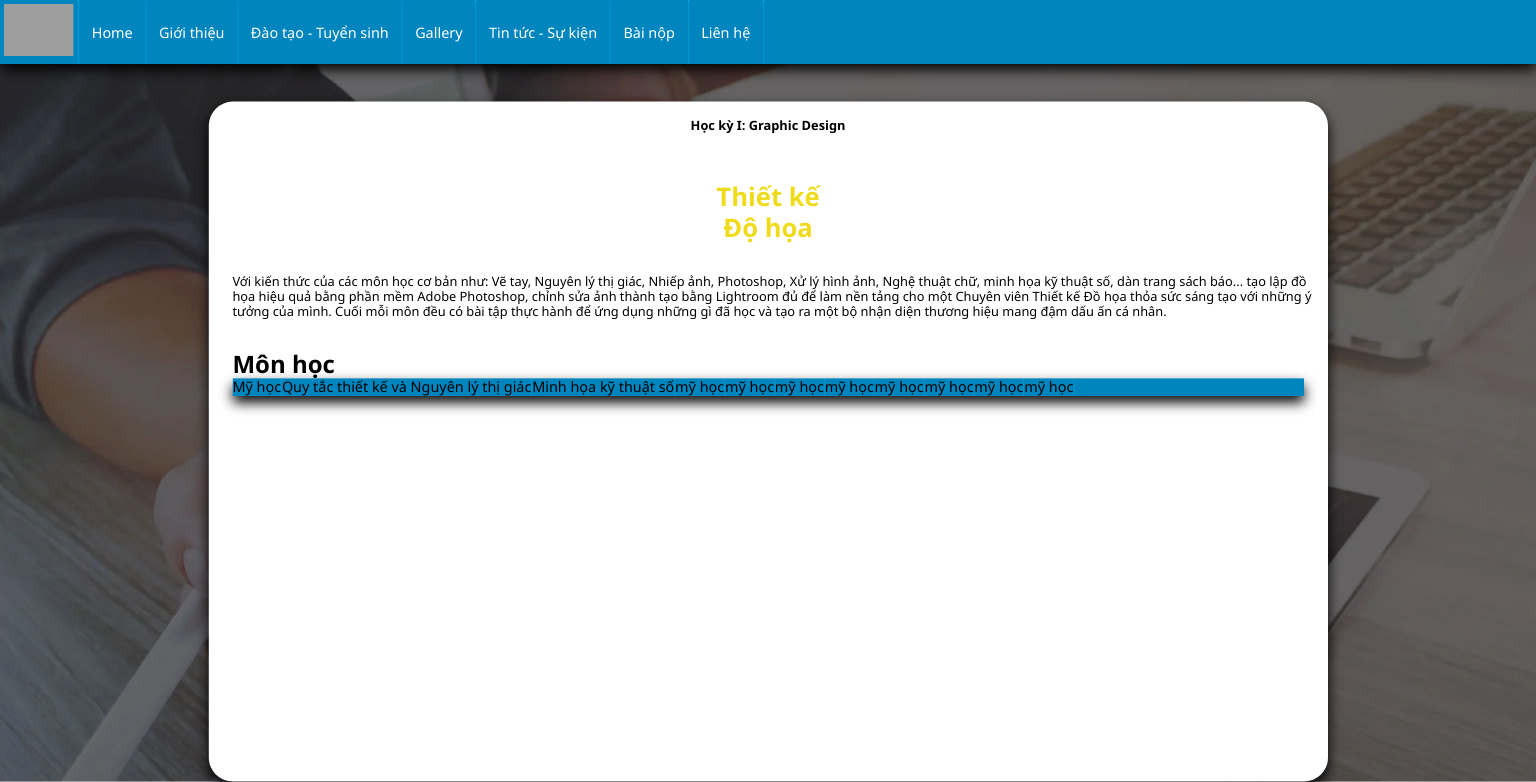
Repository: arena-dttan/dcw-final-exam-d2107m1
Page: final-list/DCW_Final_5_Nguyen-Thi-Thu-Huong_D2107M1/chuong-trinh-dao-tao.html
The author's editor kept a copy of each file at every save. The page is drawn from the files as they stood at one save, then again after a run of saves.
The browser window is 1280 px wide. The page is 1920 px wide, so the pictures cover 1920 px, including what lies to the right of the window. The pictures show the whole page, at 80% of full size.
Pictures or frames that could not be fetched are drawn as grey boxes.

Above is the page before, as saved 2022-06-26 20:04:01.

After the next 2 saves:
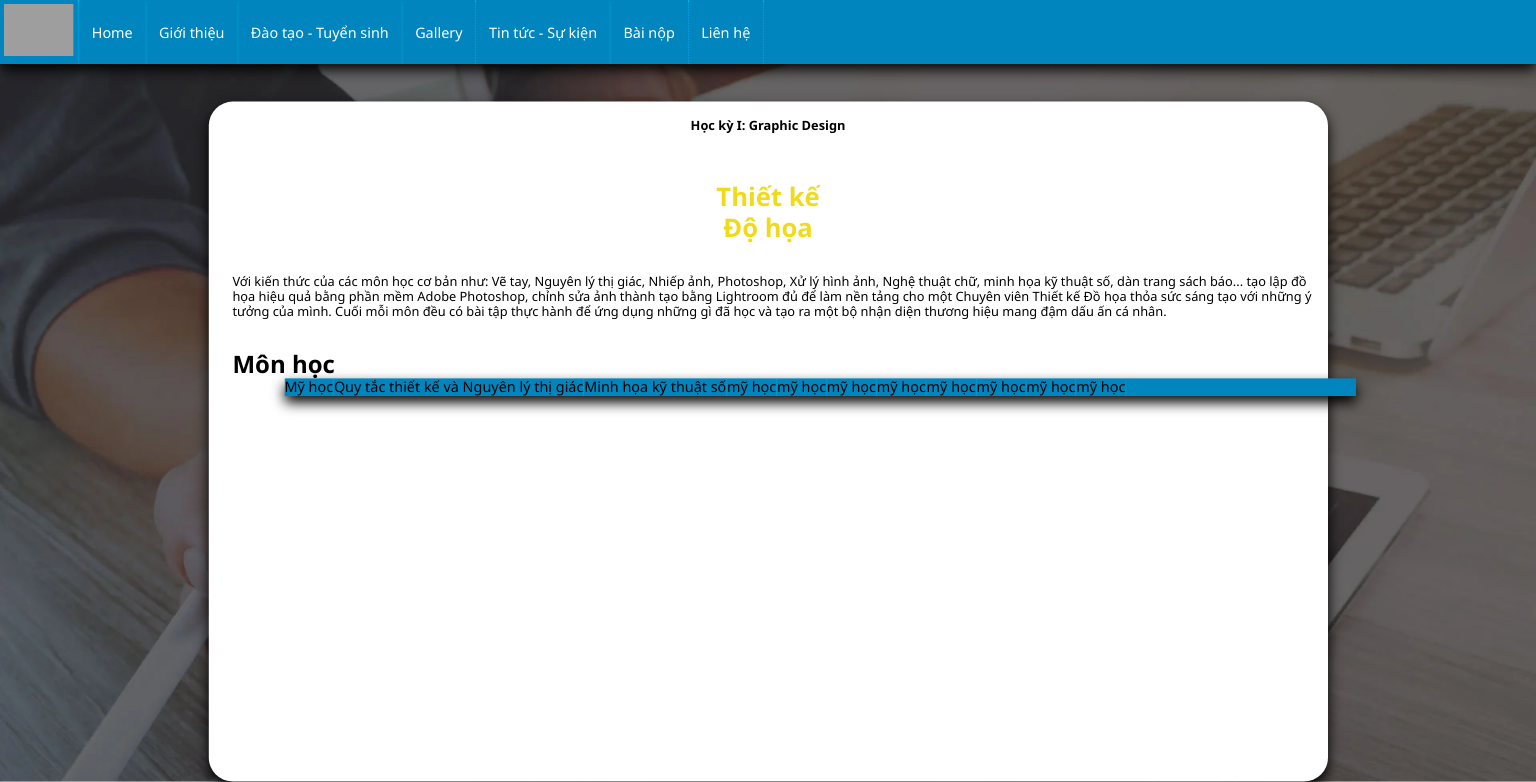
The 2 saves are shown as one change because they came seconds apart.
The last was saved 7 s later.
--- a/final-list/DCW_Final_5_Nguyen-Thi-Thu-Huong_D2107M1/chuong-trinh-dao-tao.html
+++ b/final-list/DCW_Final_5_Nguyen-Thi-Thu-Huong_D2107M1/chuong-trinh-dao-tao.html
@@ -79,8 +79,7 @@
                             <br>
                         </p>
                         <h3><b>Môn học</b></h3>
-                        <span></span>
-                        <ul>
+                        <span><ul>
                             <li>Mỹ học</li>
                             <li>Quy tắc thiết kế và Nguyên lý thị giác</li>
                             <li>Minh họa kỹ thuật số</li>
@@ -92,7 +91,8 @@
                             <li>mỹ học</li>
                             <li>mỹ học</li>
                             <li>mỹ học</li>
-                           </ul>
+                           </ul></span>
+
                     </div>
                 </div>
             </div>
